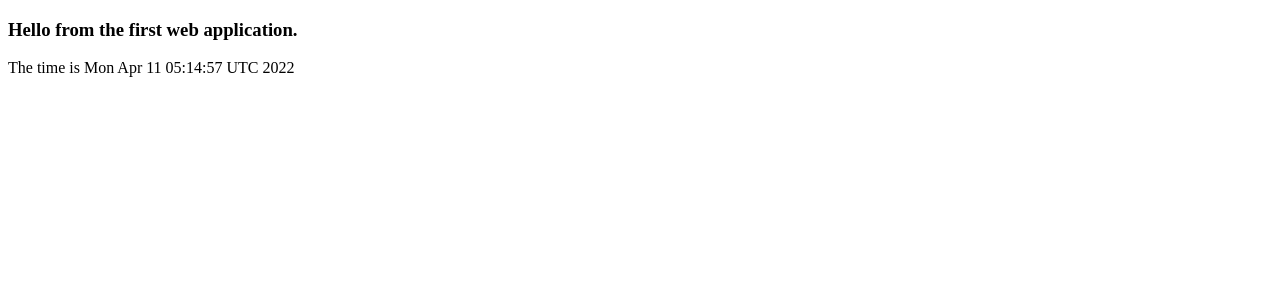
Repository: 16-sanalmishra/JavaServerPages
Page: http://localhost/Phase-2-HelloWorld/helloWorld.jsp
These files come from the project's save history. The page is drawn as it stood at one moment and after the next save; the edit follows.
The browser window is 1280 px wide. The pictures show the whole page.
The page is served by Tomcat 9. Other server files are loaded and not shown.

Above is the page before, as saved 2022-04-11 07:21:47.

### Phase-2-HelloWorld/src/main/webapp/helloWorld.jsp
<%@ page language="java" contentType="text/html; charset=ISO-8859-1"
    pageEncoding="ISO-8859-1"%>
<!DOCTYPE html>
<html>
<head>
<meta charset="ISO-8859-1">
<title>First JSP App</title>
</head>
<body>
	<h3>Hello from the first web application.</h3>
	The time is <%= new java.util.Date() %>
</body>
</html>

### Phase-2-HelloWorld/src/main/webapp/letsHead.html
<!DOCTYPE html>
<html>
<head>
<meta charset="ISO-8859-1">
<title>Insert title here</title>
</head>
<body>
	<h1>Welcome to the File</h1>
</body>
</html>

After the next save:
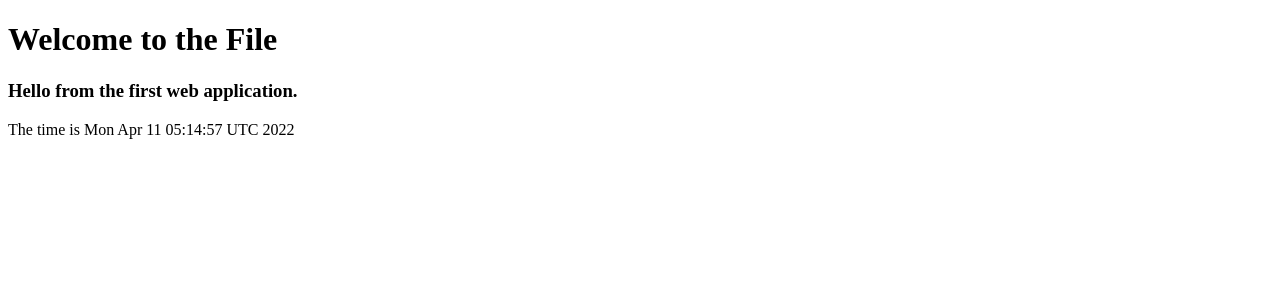
Saved 80 s later.
--- a/Phase-2-HelloWorld/src/main/webapp/helloWorld.jsp
+++ b/Phase-2-HelloWorld/src/main/webapp/helloWorld.jsp
@@ -7,7 +7,8 @@
 <title>First JSP App</title>
 </head>
 <body>
-	<h3>Hello from the first web application.</h3>
+	<jsp:include page="letsHead.html"></jsp:include>
+<h3>Hello from the first web application.</h3>
 	The time is <%= new java.util.Date() %>
 </body>
 </html>
